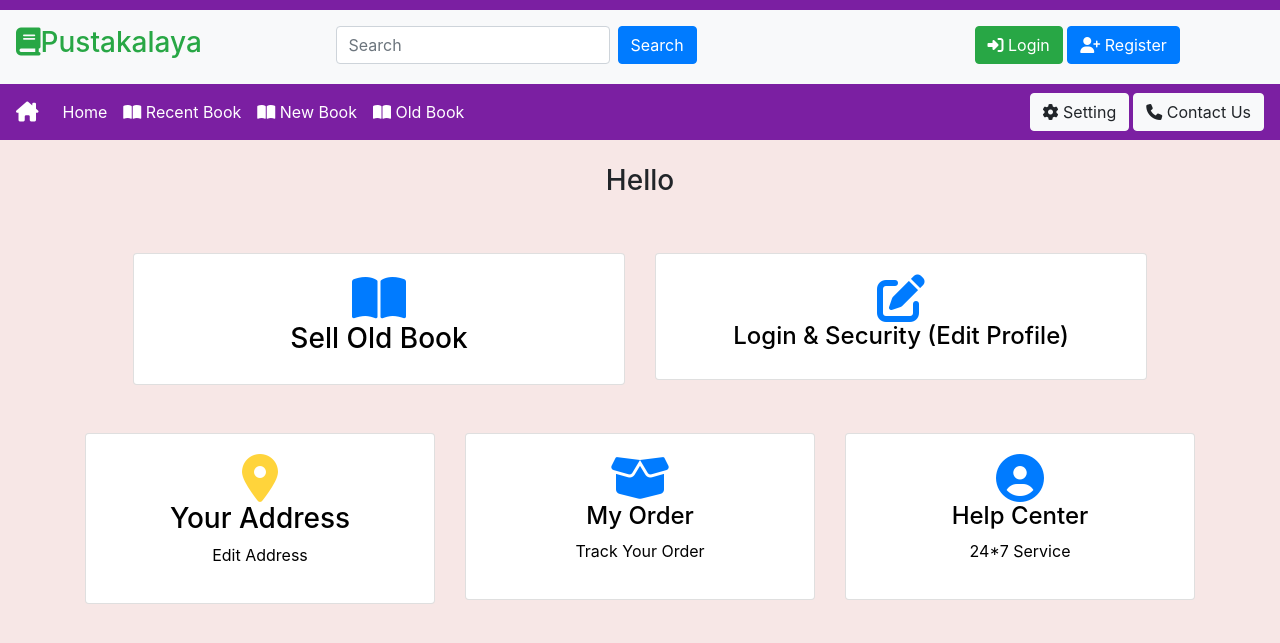
Repository: kalaprabhakar/Pustakalay_Web_Application
Page: http://localhost/E_Book_Management/setting.jsp
These files come from the project's save history. The page is drawn as it stood at one moment and after the next save; the edit follows.
The browser window is 1280 px wide. The pictures show the whole page.
Some web libraries are served in a nearby version. The page is served by Tomcat 10.

Above is the page before, as saved 2024-02-28 13:59:12.

After the next save:
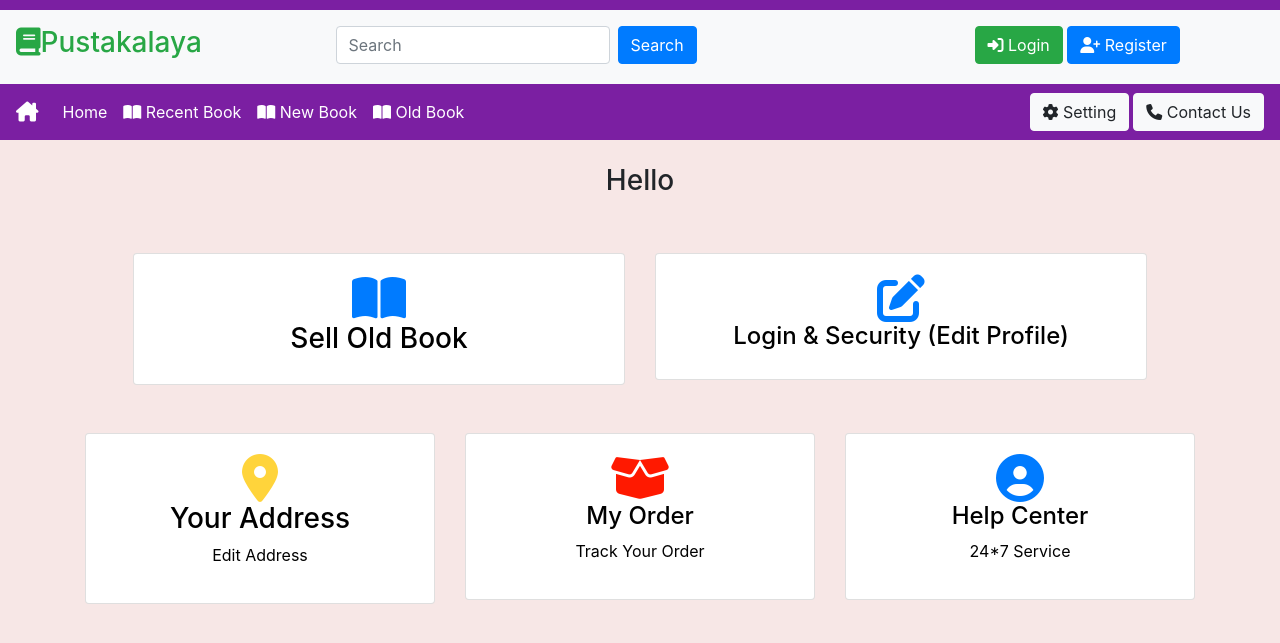
Saved 58 s later.
--- a/E_Book_Management/src/main/webapp/setting.jsp
+++ b/E_Book_Management/src/main/webapp/setting.jsp
@@ -82,7 +82,7 @@ a:hover {
 				<a href="#">
 					<div class="card">
 						<div class="card-body text-center">
-							<div class="text-primary"><i class="fa-solid fa-box-open fa-3x" ></i></div>
+							<div class="text-primary"><i class="fa-solid fa-box-open fa-3x" style="color: #ff1900;"></i></div>
 							<h4>My Order</h4>
 							<p>Track Your Order</p>
 						</div>
